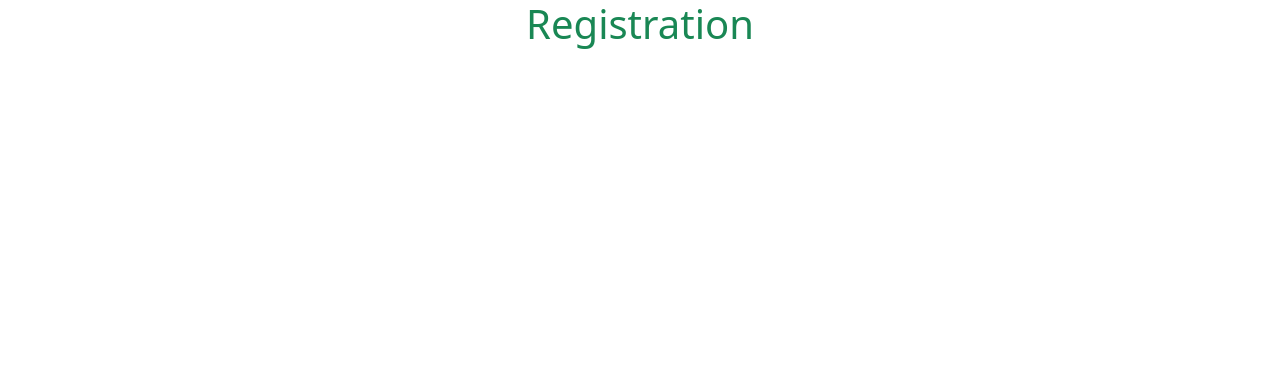
Repository: Laxman877/PracticeJava
Page: http://localhost/HibernateAssingment_004/
These files come from the project's save history. The page is drawn as it stood at one moment and after the next save; the edit follows.
The browser window is 1280 px wide. The pictures show the whole page.
The page is served by Tomcat 9.

Above is the page before, as saved 2022-07-23 05:16:44.

After the next save:
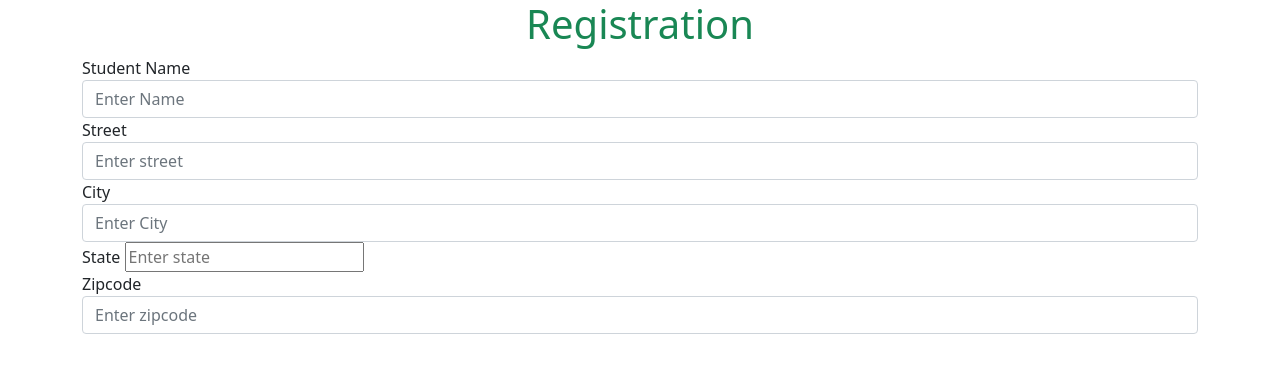
Saved 8 min 6 s later.
--- a/HibernateAssingment_004/src/main/webapp/index.jsp
+++ b/HibernateAssingment_004/src/main/webapp/index.jsp
@@ -15,6 +15,28 @@
 <div class="row">
 <div class="col md-4 m-auto">
 <h1 class="text-success" align="center">Registration</h1>
+<form action="reg">
+<div class="form-group">
+<label>Student Name</label>
+<input type="text" name="std_name" placeholder="Enter Name" class="form-control">
+</div>
+<div class="form-group">
+<label>Street</label>
+<input type="text" name="street" placeholder="Enter street" class="form-control">
+</div>
+<div class="form-group">
+<label>City</label>
+<input type="text" name="city" placeholder="Enter City" class="form-control">
+</div>
+<div class="form-group">
+<label>State</label>
+<input type="text" name="state" placeholder="Enter state" class="form-contro">
+</div>
+<div class="form-group">
+<label>Zipcode</label>
+<input type="text" name="zipcode" placeholder="Enter zipcode" class="form-control">
+</div>
+</form>
 </div>
 </div>
 </div>
